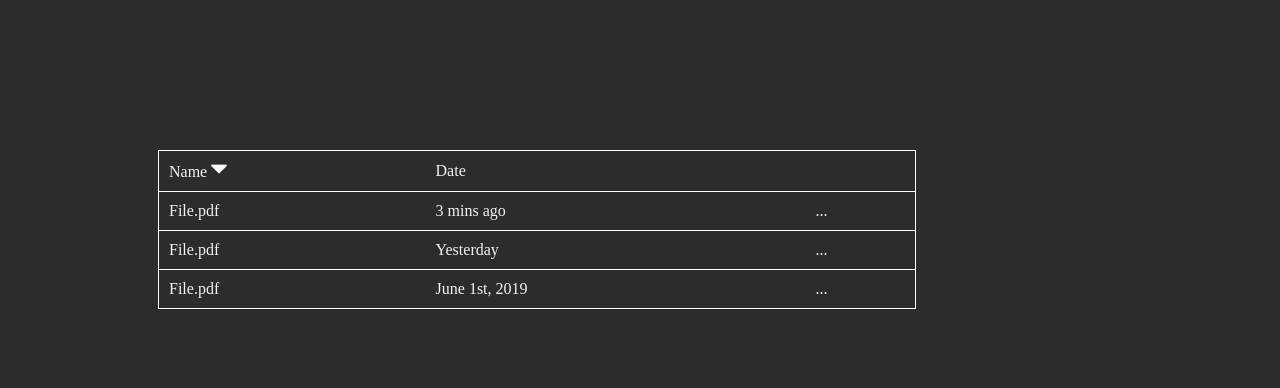
Repository: batonAnton/Hw5-table
Page: index.html
These files come from the project's save history. The page is drawn as it stood at one moment and after the next save; the edit follows.
The browser window is 1280 px wide. The pictures show the whole page.

Above is the page before, as saved 2022-06-13 18:36:27.

### index.html
<!DOCTYPE html>
<html lang="en">
<head>
    <meta charset="UTF-8">
    <meta http-equiv="X-UA-Compatible" content="IE=edge">
    <meta name="viewport" content="width=device-width, initial-scale=1.0">
    <title>Lecture 5</title>
    <link rel="stylesheet" href="css/style.css">
</head>
<body>
    <table>
        <tr>
            <td>Name <img src="image/down-filled-triangular-arrow.png" alt="down-filled-triangular-arrow"></td>
            <td colspan="2">Date</td>
        </tr>
        <tr>
            <td>File.pdf</td>
            <td>3 mins ago</td>
            <td class="right-dot">...</td>
        </tr>

        <tr>
            <td>File.pdf</td>
            <td>Yesterday</td>
            <td class="right-dot">...</td>
        </tr>

        <tr>
            <td>File.pdf</td>
            <td>June 1st, 2019</td>
            <td class="right-dot">...</td>
        </tr>
    </table>
</body>
</html>

### css/style.css
body {
  background-color: rgb(44, 44, 44);
  color: rgb(242, 242, 242);
}

table{
    border: 1px solid #fff;
    margin: 150px;
    width: 60%;
    border-collapse: collapse;
  border-spacing: 0;
}

td{
    border-bottom: 1px solid #fff;
    padding: 10px;
}

After the next save:
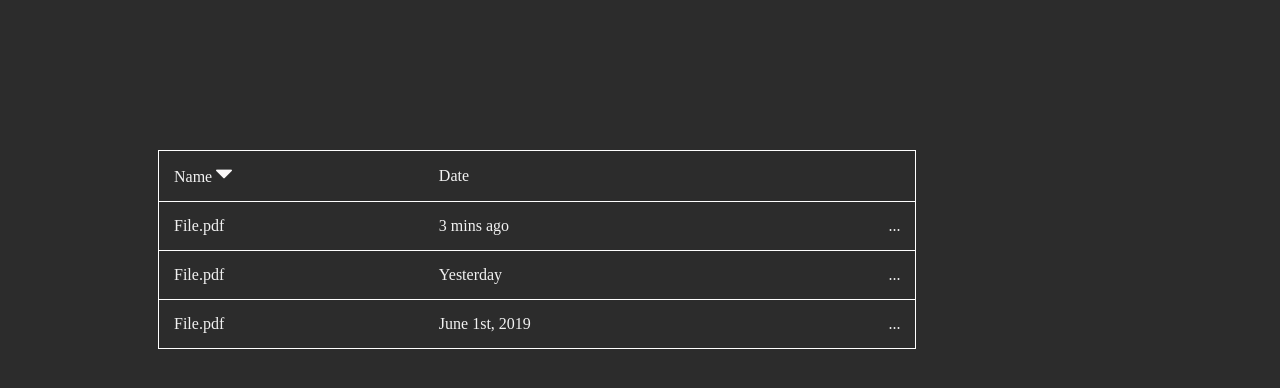
Saved 28 s later.
--- a/css/style.css
+++ b/css/style.css
@@ -13,5 +13,9 @@
 
 td{
     border-bottom: 1px solid #fff;
-    padding: 10px;
+    padding: 15px;
 }
+
+.right-dot{
+  text-align: right;
+}
